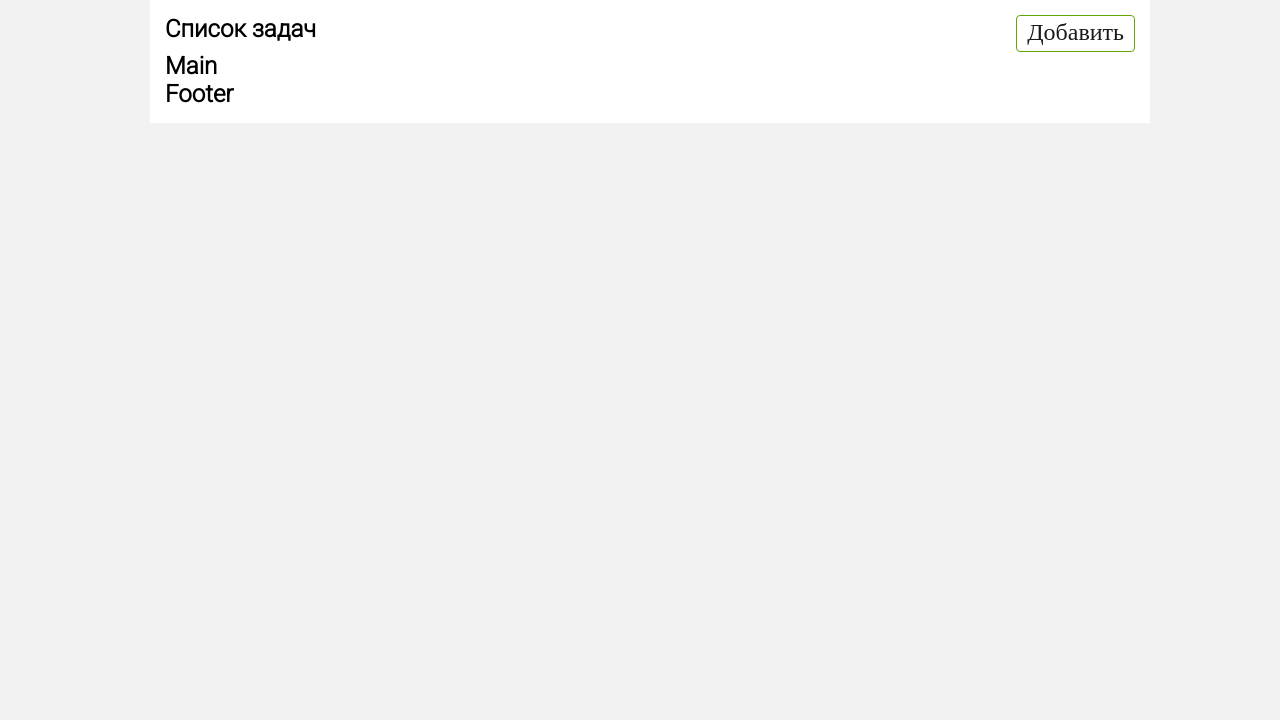
Repository: XaVi7777/todos-with-hooks
Page: /
These files come from the project's save history. The page is drawn as it stood at one moment and after the next save; the edit follows.
The browser window is 1280 px wide. The pictures show the whole page.
The project was rebuilt for these pictures with package versions that can differ from the ones it lists, and the page was loaded fresh each time.

Above is the page before, as saved 2020-08-03 15:21:21.

### src/index.js
import React from 'react';
import ReactDOM from 'react-dom';
import App from './App';
import * as serviceWorker from './serviceWorker';
import './scss/index.scss';

ReactDOM.render(
  <React.StrictMode>
    <App />
  </React.StrictMode>,
  document.getElementById('root')
);

// If you want your app to work offline and load faster, you can change
// unregister() to register() below. Note this comes with some pitfalls.
// Learn more about service workers: https://bit.ly/CRA-PWA
serviceWorker.unregister();

### src/App.js
import React from 'react';
import { MainPage } from './pages/MainPage/MainPage';

function App() {
  return (
    <div className="App">
      <MainPage />
    </div>
  );
}

export default App;

### src/scss/index.scss
@import url("https://fonts.googleapis.com/css2?family=Roboto:wght@100;300&display=swap");
@import "~material-icons/iconfont/material-icons.scss";
@import "button";
@import "App";
@import "MainPage";
@import "Header";
// @import "~normalize.css";
// @import "header";
// @import "main";
// @import "footer";

* {
  margin: 0;
  position: relative;
  padding: 0;
  box-sizing: border-box;
}

html{
  position: relative;
  height: 100%;
}

body {
  position: relative;
  height: 100%;
  font-family: "Roboto", sans-serif;
  font-size: 12px;
  background-color: #f2f2f2;
}

root {
  position: relative;
  color: #888;
  height: 100%;
  max-width: 1200px;
  font-size: 0.8rem;
}

### src/pages/MainPage/MainPage.js
import React from 'react';
import { Header } from '../../components/Header/Header';
import { Main } from '../../components/Main/Main';
import { Footer } from '../../components/Footer/Footer';

export const MainPage = () => (
  <div
    className="wrapper"
  >
    <Header />
    <Main />
    <Footer />
  </div>
);

### src/scss/button.scss
button {
  border-radius: 4px;
  transition: all 0.1s ease-in-out;
  background-color: #fff;
  padding: 0 10px;
  border: 1px solid #f2f2f2;
  background-color: #fff;
  color: #1a1a1a;
  line-height: 30px;
  display: inline-block;
  cursor: pointer;
}

.btn-icon {
  border-color: #62a60a;

  &:hover {
    color: white;
    background-color: green;
  }
}

### src/scss/App.scss
.App {
  position: relative;
  height: 100%;
};

### src/scss/MainPage.scss
.wrapper {
  position: relative;
  height: 100%;
  max-width: 1000px;
  margin-left: 10px;
  margin-right: 10px;
  background-color: #fff;
  left: 50%;
  transform: translateX(-50%);
  padding: 15px;
}

### src/components/Header/Header.js
import React from 'react';
import Button from '../UI/Button/Button';

export const Header = () => (
  <div className="header">
    <div
      className="header__title"
    >
      <h1>Список задач</h1>
    </div>

    <div
      className="header__addbtn"
    >
      <Button
        text="Добавить"
      />
    </div>
  </div>
);

### src/components/Main/Main.js
import React from 'react';

export const Main = () => (
  <>
    <h1>Main</h1>
  </>
);

### src/components/Footer/Footer.js
import React from 'react';

export const Footer = () => (
  <>
    <h1>Footer</h1>
  </>
);

### src/components/UI/Button/Button.js
import React from 'react';

export default ({ text }) => (
  <>
    <button
      className="btn-icon"
    >
      <span className="material-icons">
        {text}
      </span>
    </button>
  </>
);

Loaded but not shown: public/index.html (common file); src/serviceWorker.js (common file); src/scss/Header.scss (common file)

After the next save:
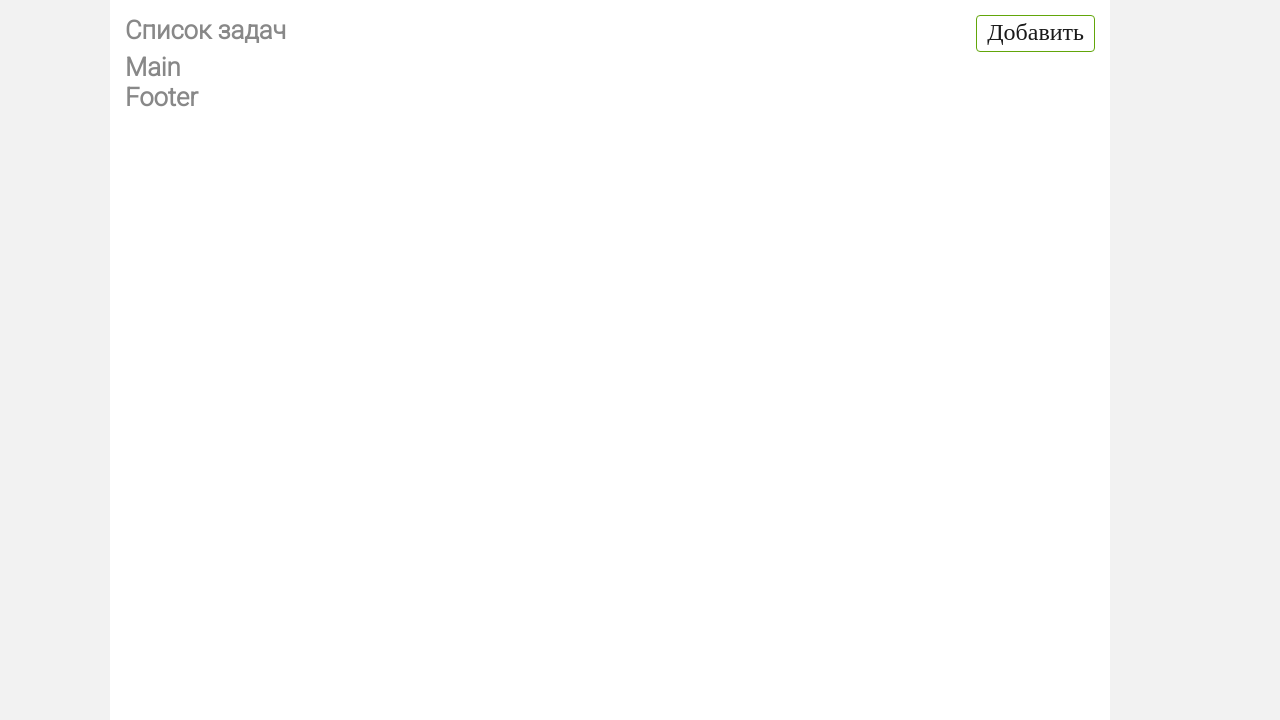
Saved 2 s later.
--- a/src/scss/index.scss
+++ b/src/scss/index.scss
@@ -29,7 +29,7 @@ body {
   background-color: #f2f2f2;
 }
 
-root {
+#root {
   position: relative;
   color: #888;
   height: 100%;
